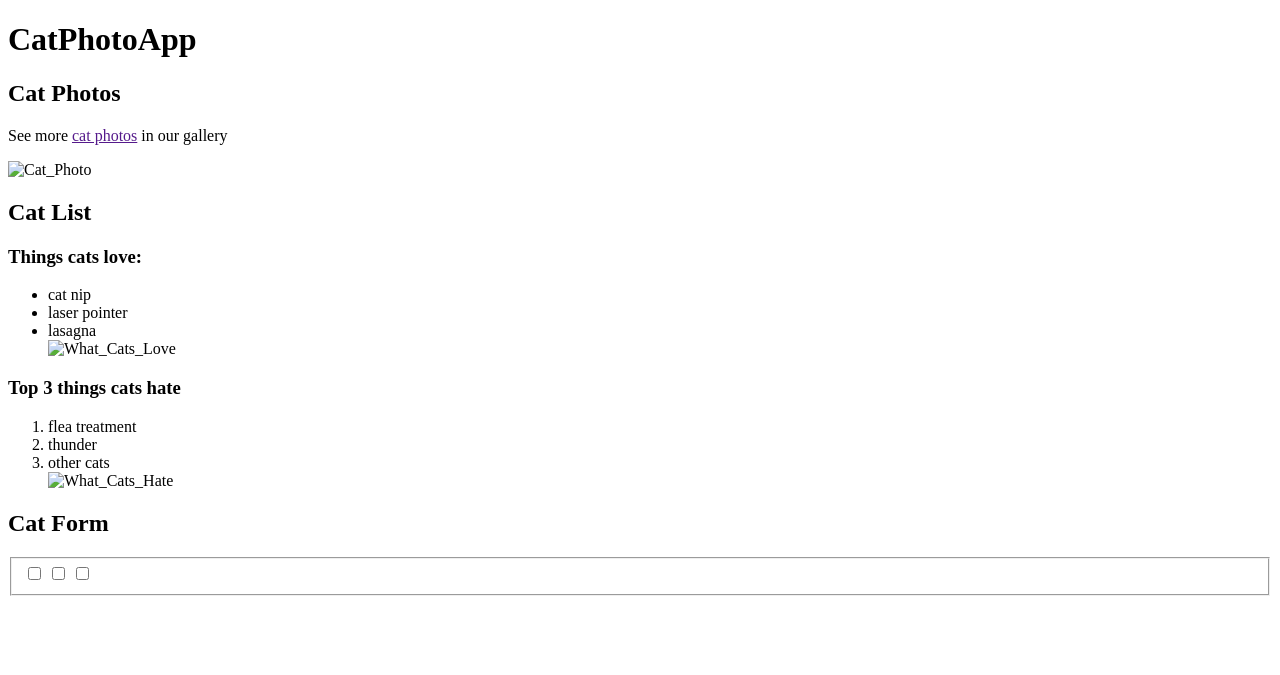
Repository: Lungdjos/cat_photo_app
Page: cat_photo_app/index.html
These files come from the project's save history. The page is drawn as it stood at one moment and after the next save; the edit follows.
The browser window is 1280 px wide. The pictures show the whole page.

Above is the page before, as saved 2023-08-29 17:45:09.

After the next save:
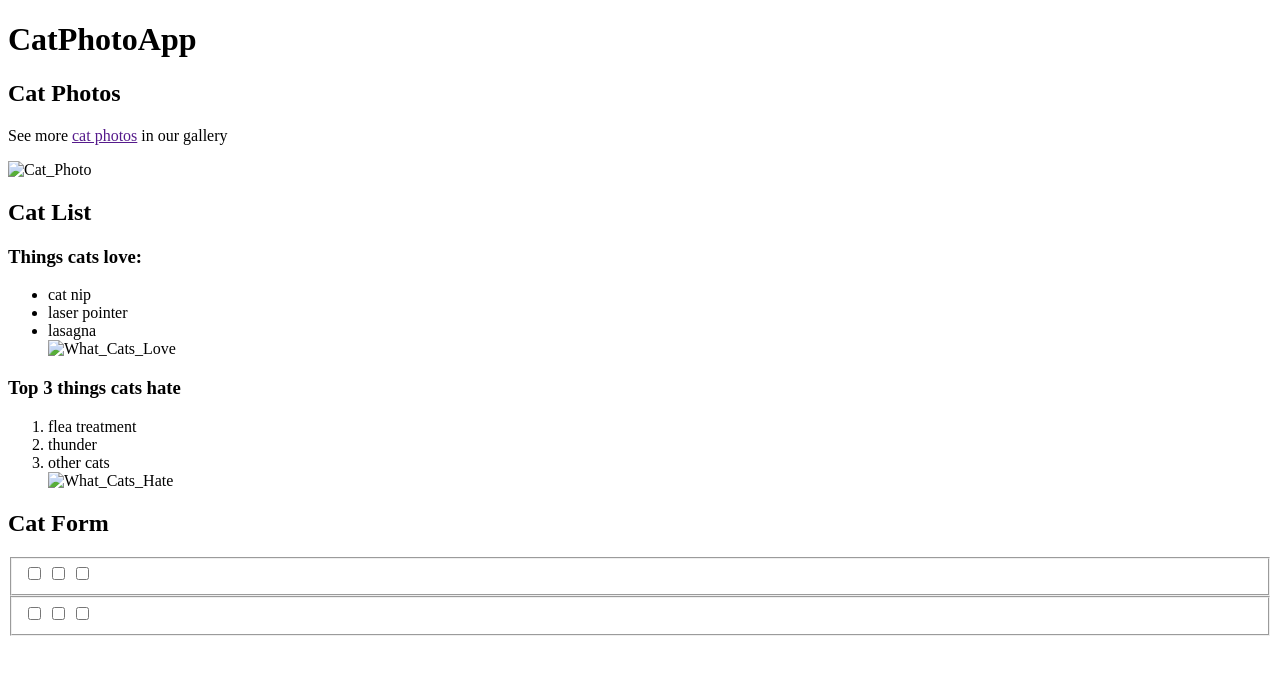
Saved 5 s later.
--- a/cat_photo_app/index.html
+++ b/cat_photo_app/index.html
@@ -37,6 +37,11 @@
             <input type="checkbox" name="" id="">
             <input type="checkbox" name="" id="">
         </fieldset>
+        <fieldset>
+            <input type="checkbox" name="" id="">
+            <input type="checkbox" name="" id="">
+            <input type="checkbox" name="" id="">
+        </fieldset>
     </form>
 
 </body>
